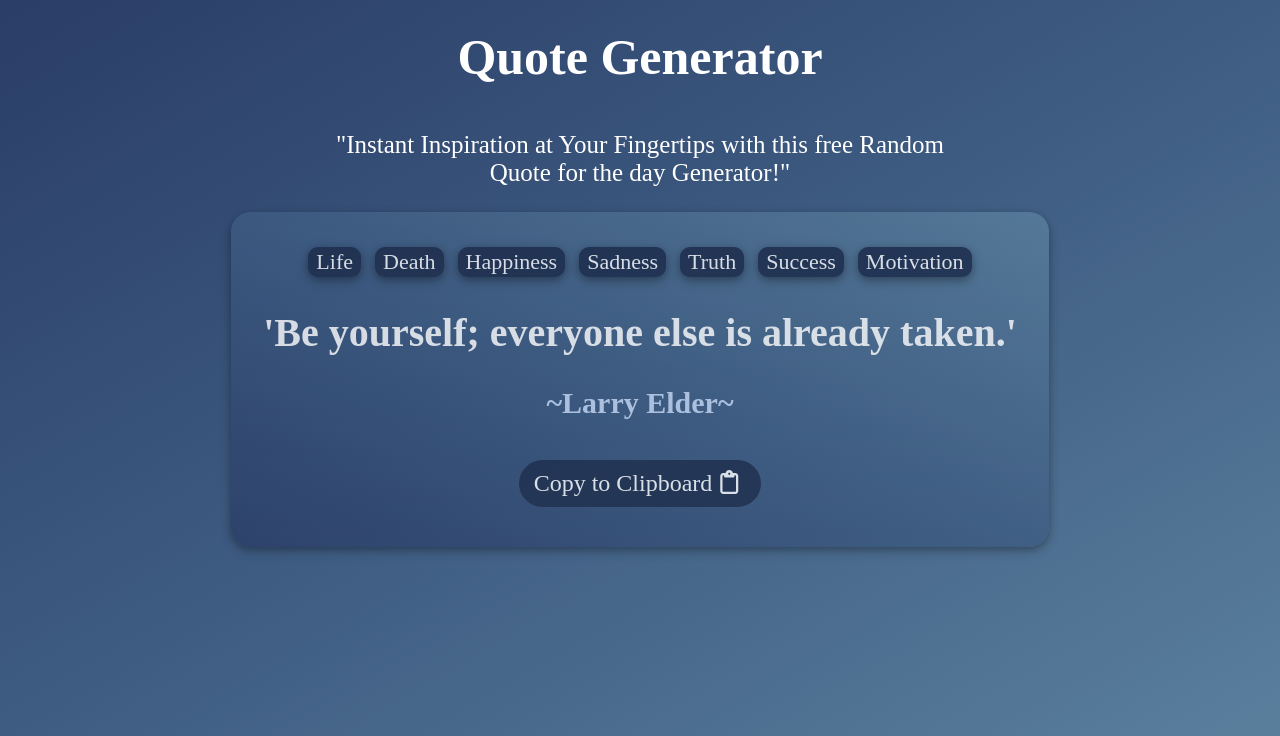
Repository: moehaymanmyint/Random-Quote-Generator
Page: index.html
An editor plug-in stored every save of this project. The page is shown before and after the next save, followed by the edit.
The browser window is 1280 px wide. The pictures show the whole page.
Some web fonts or font styles are not loaded; a fallback is used. Some web libraries are served in a nearby version.

Above is the page before, as saved 2024-11-08 21:21:31.

After the next save:
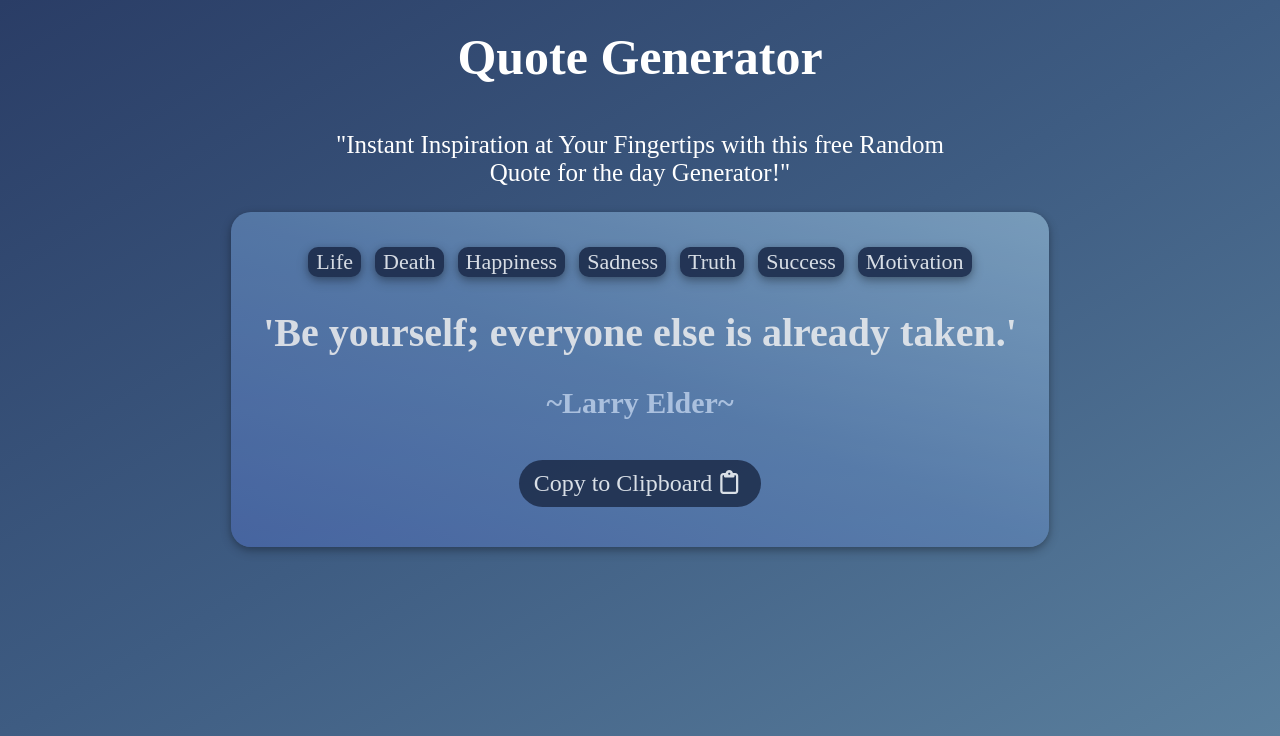
Saved 61 s later.
--- a/style.css
+++ b/style.css
@@ -33,7 +33,7 @@ body{
 }
 
 .quote-box{
-    background: linear-gradient(to top right, #2a3d66, #3e5c82, #5a7f9d);
+    background: linear-gradient(to top right, #4967a8, #5c81b1, #86abc8);
     opacity: 0.8;
     padding: 30px;
     display: flex;
